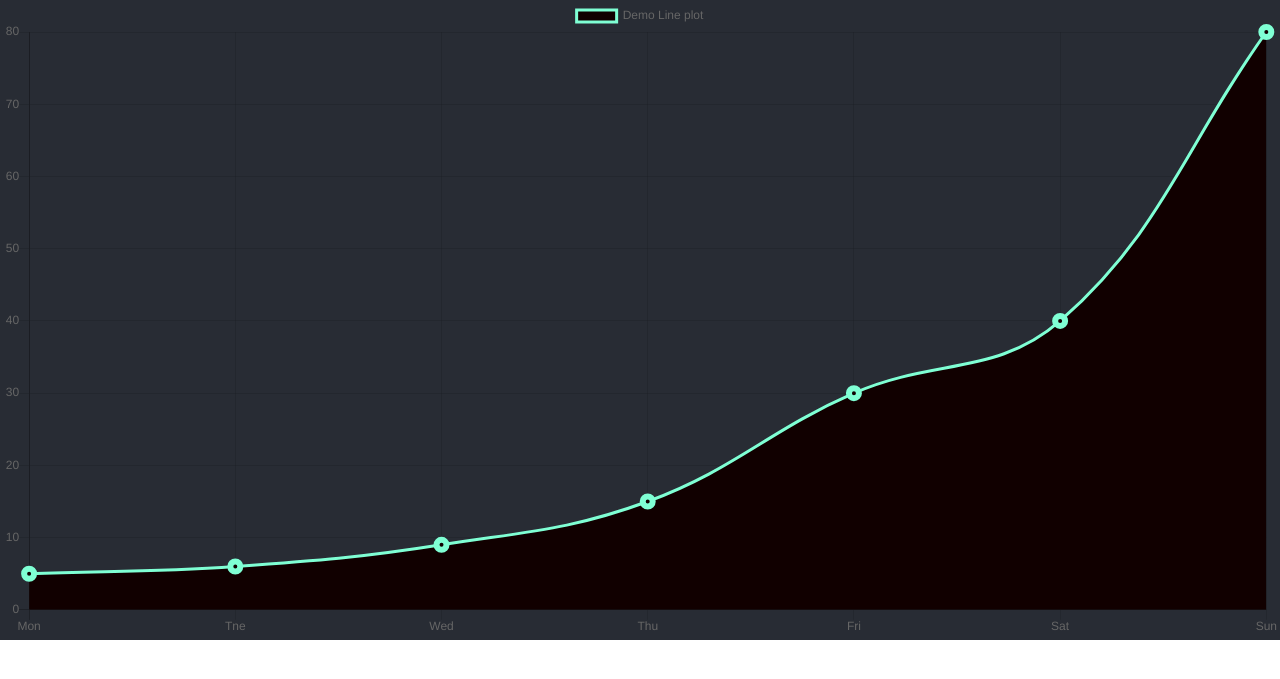
Repository: ShunsukeTanizaki/COVID19-Live
Page: /
The author's editor kept a copy of each file at every save. The page is drawn from the files as they stood at one save, then again after the next save.
The browser window is 1280 px wide. The pictures show the whole page.
The project was rebuilt for these pictures with package versions that can differ from the ones it lists, and the page was loaded fresh each time.

Above is the page before, as saved 2020-11-04 23:42:56.

### src/App.tsx
import React from "react";
import logo from "./logo.svg";
import "./App.css";
import LinePlot from "./components/LinePlot";

function App() {
    return (
        <div className="App">
            <LinePlot />
        </div>
    );
}

export default App;

### src/App.css
.App {
    background-color: #282c34;
    text-align: center;
}

.App-logo {
    height: 40vmin;
    pointer-events: none;
}

@media (prefers-reduced-motion: no-preference) {
    .App-logo {
        animation: App-logo-spin infinite 20s linear;
    }
}

.App-header {
    background-color: #282c34;
    min-height: 100vh;
    display: flex;
    flex-direction: column;
    align-items: center;
    justify-content: center;
    font-size: calc(10px + 2vmin);
    color: white;
}

.App-link {
    color: #61dafb;
}

@keyframes App-logo-spin {
    from {
        transform: rotate(0deg);
    }
    to {
        transform: rotate(360deg);
    }
}

### src/components/LinePlot.tsx
import React from "react";
import { Line } from "react-chartjs-2";

const data = {
    labels: ["Mon", "Tne", "Wed", "Thu", "Fri", "Sat", "Sun"],
    datasets: [
        {
            label: "Demo Line plot",
            backgroundColor: "#110000",
            borderColor: "#7fffd4",
            pointBorderWidth: 10,
            data: [5, 6, 9, 15, 30, 40, 80]
        }
    ]
};

const LinePlot: React.FC = () => {
    return (
        <div>
            <Line data={data} />
        </div>
    );
};

export default LinePlot;

Loaded but not shown: public/index.html (common file); src/index.tsx (common file); src/index.css (common file); src/reportWebVitals.ts (common file)

After the next save:
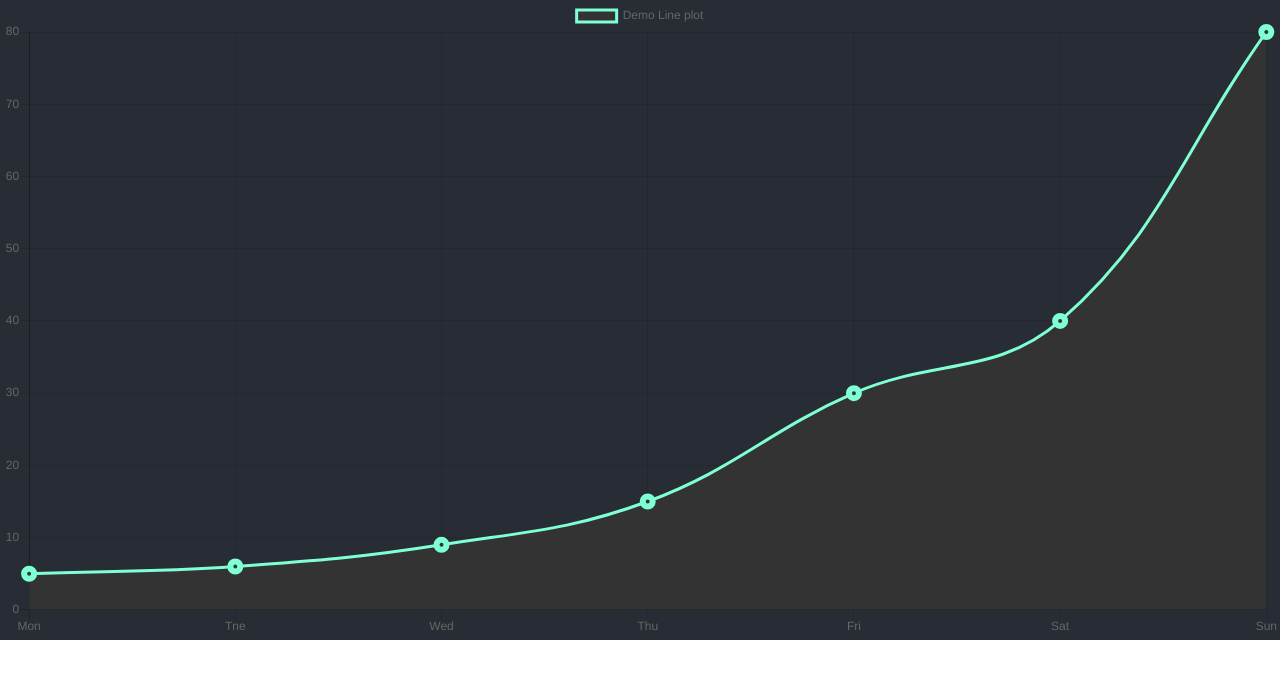
Saved 8 s later.
--- a/src/components/LinePlot.tsx
+++ b/src/components/LinePlot.tsx
@@ -6,7 +6,7 @@ const data = {
     datasets: [
         {
             label: "Demo Line plot",
-            backgroundColor: "#110000",
+            backgroundColor: "#333",
             borderColor: "#7fffd4",
             pointBorderWidth: 10,
             data: [5, 6, 9, 15, 30, 40, 80]
